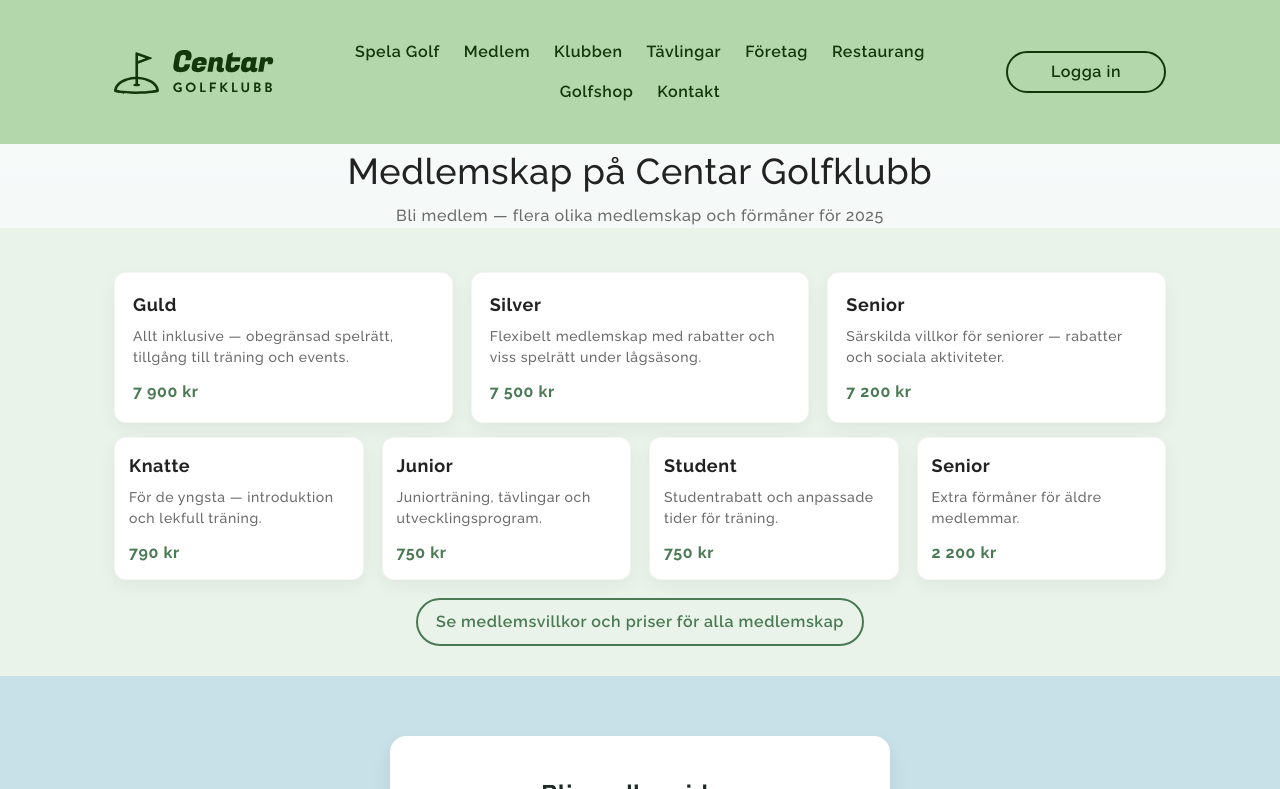
Repository: Tamana831/GolfklubbCentar
Page: Medlem.html
These files come from the project's save history. The page is drawn as it stood at one moment and after the next save; the edit follows.
The browser window is 1280 px wide. The pictures show the part of the page from y = 0 to 789 px (the page is 2567 px tall before and 1844 px after).
A picture or video elsewhere on the page could not be fetched, so the positions and the page height are approximate.

Above is the page before, as saved 2025-10-23 21:43:03.

### Medlem.html

<!DOCTYPE html>
<html lang="sv">
  <head>
    <meta charset="UTF-8" />
    <meta name="viewport" content="width=device-width, initial-scale=1.0" />
    <title>Medlemskap – Centar GK</title>

    <!-- CSS -->
    <link rel="stylesheet" href="styles/variables.css" />
    <link rel="stylesheet" href="styles/base.css" />
    <link rel="stylesheet" href="styles/medlem.css"/>
  </head>

  <body>
    <!-- HEADER -->
    <header class="bg-green-mid">
      <nav class="container main-nav-wrapper">
        <a href="#">
          <img src="images/centar_logotype_primary_dark.svg" alt="Centar logotype" class="logotype" />
        </a>

        <input type="checkbox" id="menu-toggle" />
        <label for="menu-toggle" class="menu-button-container">
          <span class="menu-button"></span>
        </label>

        <div class="menu-wrapper">
            <ul>
            <li><a href="spelagolf.html">Spela Golf</a></li>
            <li><a href="medlem.html">Medlem</a></li>
            <li><a href="klubben.html">Klubben</a></li>
            <li><a href="tavling.html">Tävlingar</a></li>
            <li><a href="foretag.html">Företag</a></li>
            <li><a href="restaurang.html">Restaurang</a></li>
            <li><a href="golfshop.html">Golfshop</a></li>
            <li><a href="kontakt.html">Kontakt</a></li>
          </ul>
          <a href="loggain.html" class="button btn-primary-outline">Logga in</a>
        </div>
      </nav>
    </header>


  <!-- RUBRIK -->
    <section class="container">
      <div class="page-header">
        <h1 class="page-title">Medlemskap på Centar Golfklubb</h1>
      </div>
    </section>

    <!-- MEDLEMSKORT -->
    <section class="container">

        <p class="subtitle">Bli medlem — flera olika medlemskap och förmåner för 2025</p>
      </section>
    <section class="memberships">
      <div class="container">
        <div class="cards-grid cards-grid-top">
          <article class="card">
            <h3>Guld</h3>
            <p class="card-text">Allt inklusive — obegränsad spelrätt, tillgång till träning och events.</p>
            <div class="price">7 900 kr</div>

          </article>

          <article class="card">
            <h3>Silver</h3>
            <p class="card-text">Flexibelt medlemskap med rabatter och viss spelrätt under lågsäsong.</p>
            <div class="price">7 500 kr</div>
          </article>

          <article class="card">
            <h3>Senior</h3>
            <p class="card-text">Särskilda villkor för seniorer — rabatter och sociala aktiviteter.</p>
            <div class="price">7 200 kr</div>
          </article>
        </div>

        <div class="cards-grid cards-grid-bottom">
          <article class="card small">
            <h4>Knatte</h4>
            <p class="card-text">För de yngsta — introduktion och lekfull träning.</p>
            <div class="price">790 kr</div>
          </article>

          <article class="card small">
            <h4>Junior</h4>
            <p class="card-text">Juniorträning, tävlingar och utvecklingsprogram.</p>
            <div class="price">750 kr</div>
          </article>

          <article class="card small">
            <h4>Student</h4>
            <p class="card-text">Studentrabatt och anpassade tider för träning.</p>
            <div class="price">750 kr</div>
          </article>

          <article class="card small">
            <h4>Senior</h4>
            <p class="card-text">Extra förmåner för äldre medlemmar.</p>
            <div class="price">2 200 kr</div>
          </article>
        </div>

        <div class="center-cta">
          <a class="btn-outline" href="#">Se medlemsvillkor och priser för alla medlemskap</a>
        </div>
      </div>
    </section>
   <!-- Medlemsansökan -->
<section class="membership-apply">
  <div class="apply-box">
    <h2>Bli medlem idag</h2>
    <p>Fyll i dina uppgifter så kontaktar vi dig med mer information om medlemskap.</p>

    <form class="apply-form">
      <label for="name">Namn*</label>
      <input type="text" id="name" placeholder="Ditt namn" required>

      <label for="email">E-post*</label>
      <input type="email" id="email" placeholder="namn@exempel.se" required>

      <label for="phone">Telefonnummer</label>
      <input type="tel" id="phone" placeholder="070-123 45 67">

      <label for="membership">Välj medlemskap</label>
      <select id="membership">
        <option value="">Välj...</option>
        <option value="guld">Guld</option>
        <option value="silver">Silver</option>
        <option value="senior">Senior</option>
        <option value="junior">Junior</option>
        <option value="student">Student</option>
      </select>

      <button type="submit">Skicka ansökan</button>
    </form>
  </div>
</section>
 <!-- Image + benefits -->
    <section class="benefits">
      <div class="container benefits-inner">
        <div class="image-wrap">
          <!-- ersätt sökvägen med din bild -->
          <img src="assets/golf.jpg" alt="Golf green with ball">
        </div>

        <div class="benefits-text">
          <h2>Som medlem i Centar GK får du</h2>
          <ul>
            <li>Fri Rangekort i klubben (enligt medlemsvillkor)</li>
            <li>Vår årliga klubbträff och medlemsrabatter</li>
            <li>10% rabatt på privatlektioner med våra pro</li>
            <li>Förmånsrätt vid tävlingar och klubbaktiviteter</li>
          </ul>
        </div>
      </div>
    </section>
  </main>
<!-- Footer -->
 <footer class="bg-green-dark">
      <div class="container text-white footer-wrapper">
        <nav class="foot-nav-wrapper body-sm">
          <div class="foot-nav-item foot-logo-wrapper">
            <a href="#"
              ><img
                src="/images/centar_logo_wordmark_neg.svg"
                alt="Centar logotype negative"
                class="logo-wordmark"
            /></a>
          </div>
          <section class="foot-nav-item">

            <h5 class="overline">Navigera</h5>
            <ul>
              <li><a href="#">Om klubben</a></li>
              <li><a href="#">Banan</a></li>
              <li><a href="#">Företag & Partners</a></li>
              <li><a href="#">Träna Golf</a></li>
              <li><a href="#">Gäst</a></li>
            </ul>
          </section>
          <section class="foot-nav-item">
          <section class="nav-item">

            <h5 class="overline">Öppettider</h5>
            <p>Måndag – Lördag: 7.30-17.00</p>
            <p>Söndag: 7.30–16.00</p>
          </section>
          <section class="foot-nav-item">
          <section class="nav">
            <h5 class="overline">Kontakt</h5>
            <a href="mailto:centar@info.se">info@centargolfklubb.se</a>
            <a href="tel:+123456789">012-345 678</a>
            <address>Bergkvarn<br />700 88 Örebro</address>
          </section>
          <section class="foot-nav-item">
          <section class="nav-item">

            <h5 class="overline">Följ oss</h5>
            <ul>
              <li><a href="#">Instagram</a></li>
              <li><a href="#">Facebook</a></li>
              <li><a href="#">LinkedIn</a></li>
            </ul>
          </section>
        </nav>
        <div class="byline-wrapper text-center">
        <div class="byline-wrapper">
          <p>
            &copy; 2025 | Designad och utvecklad av Emma Golander, Josefin
            Holgersson, Tim Hugdahl, Tamana Mohammadi  | webd25jon TUC | HTML
            och CSS med agila utvecklingsmetoder
          </p>


        <div class="byline-wrapper text-center">
          <p>&copy; 2025 | Designad och utvecklad av webd25jon TUC | HTML och CSS</p>

        </div>
      </div>
    </footer>
 </body>
</html>

### styles/variables.css
/* Variabler. I och med att vi lägger det i root så går de att nå i alla css-filer.*/
:root {
  /* FÄRGER */
  --color-green-dark: #13360a;
  --color-green-mid: #b3d6aa;
  --color-green-light: #ecf6e9;
  --color-green-accent: #14bf71;

  --color-blue-mid: #c8e0e8;
  --color-blue-light: #e4f0f4;
  --color-beige-light: #f4f3e9;

  --color-text-black: #262626;
  --color-text-grey: #3d3d3d;
  --color-text-white: #ffffff;

  /* SPACING */
  --space-xxs: 0.5rem; /* 8px, minsta avstånd, typ ikoner, små knappar*/
  --space-xs: 1rem; /* 16px, litet avstånd, tex mellan text och knapp  */
  --space-sm: 1.5rem; /* 24px, lite större, ofta mellan rubrik och text */
  --space-md: 2.5rem; /* 40px, ännu lite större, ofta mellan större rubrik och text */
  --space-lg: 3.5rem; /* 56px */
  --space-xl: 5rem; /* 80px, större block, typ mellan sektioner*/
  --space-xxl: 7.5rem; /* 120px, stort avstånd mellan sektioner */
}

### styles/Medlem.css
/* styles.css */
:root{
  --green-100: #eaf3e9;
  --green-200: #cfe6cf;
  --green-500: #91b67f;
  --accent: #4a7a53;
  --muted: #6b6b6b;
  --card-bg: #ffffff;
  --radius: 12px;
  --container-max: 1100px;
  font-family: 'Poppins', system-ui, -apple-system, "Segoe UI", Roboto, "Helvetica Neue", Arial;
}

*{box-sizing:border-box}
html,body{height:100%}
body{
  margin:0;
  color:#222;
  background: linear-gradient(180deg, #f7fbfb 0%, #f0f6f3 100%);
  -webkit-font-smoothing:antialiased;
  -moz-osx-font-smoothing:grayscale;
  line-height:1.45;
}

/* container */
.container{
  width:90%;
  max-width:var(--container-max);
  margin:0 auto;
}

/* Hero */
.hero{
  padding:30px 0 10px;
  background:linear-gradient(180deg, rgba(255,255,255,0.85), rgba(248,252,249,0.9));
}
.page-title{
  margin:0 0 6px;
  font-size:36px;
  text-align:center;
  font-weight:500;
}
.subtitle{
  text-align:center;
  color:var(--muted);
  margin-top:6px;
}

/* Memberships */
.memberships{
  padding:30px 0;
  background:var(--green-100);
}
.cards-grid{
  display:grid;
  gap:18px;
  margin:14px 0;
}
.cards-grid-top{
  grid-template-columns: repeat(3, 1fr);
}
.cards-grid-bottom{
  grid-template-columns: repeat(4, 1fr);
}

/* Card */
.card{
  background:var(--card-bg);
  border-radius:var(--radius);
  padding:18px;
  box-shadow: 0 6px 18px rgba(20,20,20,0.05);
  border: 1px solid rgba(0,0,0,0.04);
}
.card h3, .card h4{
  margin:0 0 8px;
  font-size:18px;
}
.card .card-text{
  color:var(--muted);
  font-size:14px;
  margin-bottom:12px;
}
.price{
  font-weight:700;
  color:var(--accent);
  font-size:16px;
}

/* small cards slightly different padding */
.card.small{padding:14px}

/* CTA center */
.center-cta{
  display:flex;
  justify-content:center;
  margin-top:18px;
}
.btn-outline{
  display:inline-block;
  padding:10px 18px;
  border-radius:999px;
  border:2px solid var(--accent);
  color:var(--accent);
  text-decoration:none;
  font-weight:600;
}

/* Benefits (bilder + text) */
.benefits{
  padding:36px 0 80px;
}
.benefits-inner{
  display:grid;
  grid-template-columns: 1fr 1fr;
  gap:28px;
  align-items:center;
  background:transparent;
}
.image-wrap img{
  width:100%;
  height:auto;
  border-radius:16px;
  display:block;
  box-shadow: 0 10px 30px rgba(10,10,10,0.06);
}
.benefits-text h2{
  margin-top:0;
  font-size:26px;
}
.benefits-text ul{
  padding-left:18px;
  color:var(--muted);
  margin-top:12px;
}
.benefits-text li{
  margin-bottom:10px;
}

/* -- Medlemsansökan box -- */
.membership-apply {
  background: #C8E0E8;
  padding: 60px 20px;
  display: flex;
  justify-content: center;
}

.apply-box {
  background: #ffffff;
  border-radius: 16px;
  padding: 40px 30px;
  box-shadow: 0 8px 20px rgba(0,0,0,0.08);
  max-width: 500px;
  width: 100%;
  text-align: center;
}

.apply-box h2 {
  color: #1f2b28;
  margin-bottom: 10px;
}

.apply-box p {
  color: #555;
  margin-bottom: 25px;
}

.apply-form {
  display: flex;
  flex-direction: column;
  gap: 14px;
  text-align: left;
}

.apply-form label {
  font-weight: 500;
  font-size: 0.95rem;
  color: #333;
}


.apply-form input,
.apply-form select {
  padding: 10px 12px;
  border-radius: 10px;
  border: 1px solid #ccc;
  font-size: 0.95rem;
}

.apply-form button {
  margin-top: 10px;
  background: #4a7a53;
  color: white;
  border: none;
  border-radius: 999px;
  padding: 12px 20px;
  font-size: 1rem;
  font-weight: 600;
  cursor: pointer;
  transition: background 0.25s ease;
}

.apply-form button:hover {
  background: #3d6848;
}

/* Footer */
.site-footer{
  padding:20px 0;
  border-top:1px solid rgba(0,0,0,0.04);
  background:transparent;
}
.footer-inner{display:flex;justify-content:center;color:var(--muted);font-size:14px}

/* Responsive */
@media (max-width: 992px){
  .cards-grid-top{grid-template-columns: repeat(2, 1fr);}
  .cards-grid-bottom{grid-template-columns: repeat(2, 1fr);}
  .benefits-inner{grid-template-columns:1fr;}
  .page-title{font-size:30px}
}

@media (max-width: 640px){
  .main-nav{display:none}
  .header-inner{padding:0 4px}
  .cards-grid-top{grid-template-columns:1fr;}
  .cards-grid-bottom{grid-template-columns:1fr;}
  .page-title{font-size:24px}
  .hero{padding:26px 0}
  .logo-mark{width:40px;height:40px}
  .benefits{padding:20px 0}

}

Loaded but not shown: styles/base.css (424 lines, source omitted)

After the next save:
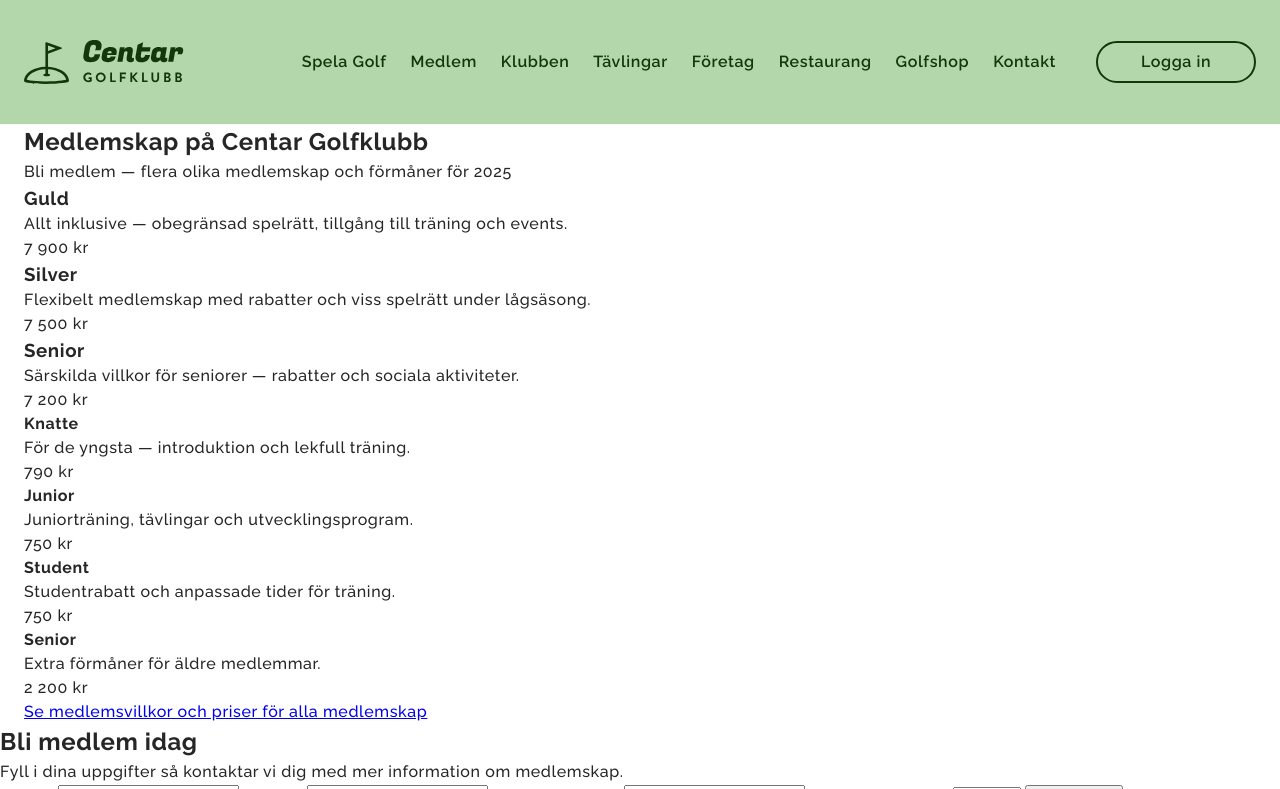
Saved 37 min 19 s later.
--- a/Medlem.html
+++ b/Medlem.html
@@ -1,46 +1,44 @@
-
 <!DOCTYPE html>
 <html lang="sv">
   <head>
     <meta charset="UTF-8" />
     <meta name="viewport" content="width=device-width, initial-scale=1.0" />
-    <title>Medlemskap – Centar GK</title>
-
-    <!-- CSS -->
+    <title>Design element</title>
+    <!-- variables.css och base.css måste ligga överst då vi vill att den ska läsas in först -->
     <link rel="stylesheet" href="styles/variables.css" />
     <link rel="stylesheet" href="styles/base.css" />
-    <link rel="stylesheet" href="styles/medlem.css"/>
   </head>
-
   <body>
-    <!-- HEADER -->
+    <!-- Sätter färg hela vägen ut -->
     <header class="bg-green-mid">
+      <!-- Nedan div för att sätta maxbredd på sidan -->
       <nav class="container main-nav-wrapper">
-        <a href="#">
-          <img src="images/centar_logotype_primary_dark.svg" alt="Centar logotype" class="logotype" />
-        </a>
-
+        <a href="#"
+          ><img
+            src="images/centar_logotype_primary_dark.svg"
+            alt="Centar logotype"
+            class="logotype"
+        /></a>
         <input type="checkbox" id="menu-toggle" />
         <label for="menu-toggle" class="menu-button-container">
           <span class="menu-button"></span>
+          <!--inline-->
         </label>
-
         <div class="menu-wrapper">
-            <ul>
+          <ul>
             <li><a href="spelagolf.html">Spela Golf</a></li>
-            <li><a href="medlem.html">Medlem</a></li>
-            <li><a href="klubben.html">Klubben</a></li>
-            <li><a href="tavling.html">Tävlingar</a></li>
-            <li><a href="foretag.html">Företag</a></li>
-            <li><a href="restaurang.html">Restaurang</a></li>
-            <li><a href="golfshop.html">Golfshop</a></li>
-            <li><a href="kontakt.html">Kontakt</a></li>
+            <li><a href="#">Medlem</a></li>
+            <li><a href="#">Klubben</a></li>
+            <li><a href="#">Tävlingar</a></li>
+            <li><a href="#">Företag</a></li>
+            <li><a href="#">Restaurang</a></li>
+            <li><a href="#">Golfshop</a></li>
+            <li><a href="#">Kontakt</a></li>
           </ul>
-          <a href="loggain.html" class="button btn-primary-outline">Logga in</a>
+          <a href="#" class="button btn-primary-outline">Logga in</a>
         </div>
       </nav>
     </header>
-
 
   <!-- RUBRIK -->
     <section class="container">

After the save that followed:
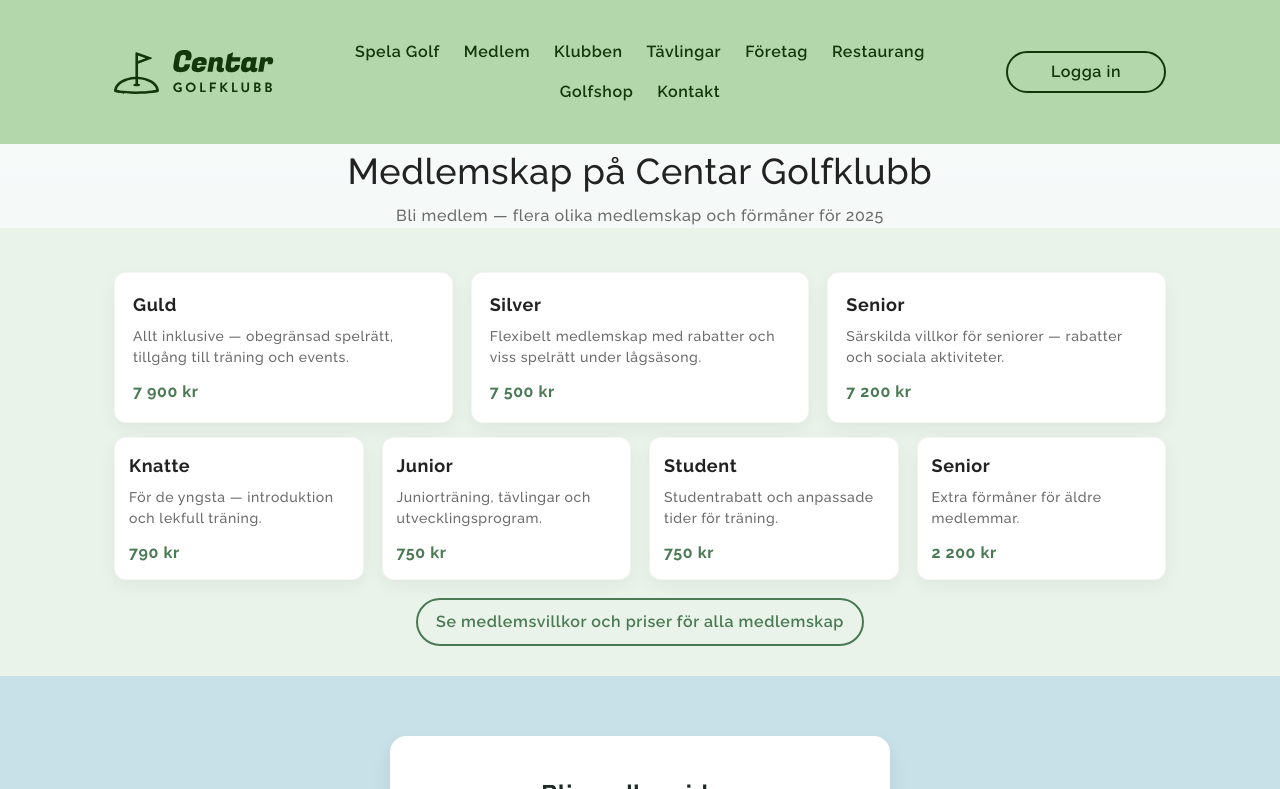
Saved 106 s later.
--- a/Medlem.html
+++ b/Medlem.html
@@ -7,6 +7,7 @@
     <!-- variables.css och base.css måste ligga överst då vi vill att den ska läsas in först -->
     <link rel="stylesheet" href="styles/variables.css" />
     <link rel="stylesheet" href="styles/base.css" />
+    <link rel="stylesheet" href="styles/medlem.css" />
   </head>
   <body>
     <!-- Sätter färg hela vägen ut -->
